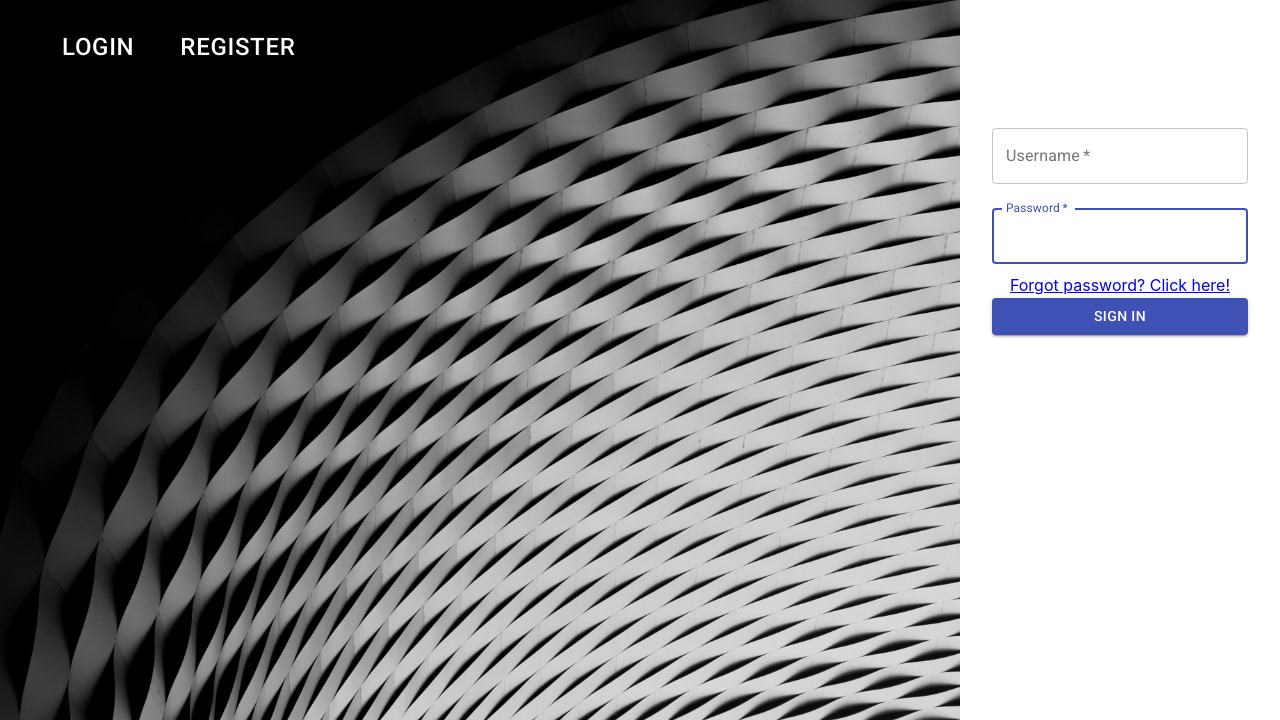
Repository: claudiuotea/FrontendAugmentator
Page: /
An editor plug-in stored every save of this project. The page is shown before and after the next save, followed by the edit.
The browser window is 1280 px wide. The pictures show the whole page.
The project was rebuilt for these pictures with package versions that can differ from the ones it lists, and the page was loaded fresh each time. Also part of the build but not shown: src/Components/ForgotPassword.tsx, src/Components/Register.tsx, src/Components/ResetPassword.tsx, src/Components/VerifyAccount.tsx, src/Components/EnhancedTableToolbar.tsx, src/Services/AdminService.tsx, src/Components/UsersTable.tsx, src/Components/Admin.tsx and 1 more.

Above is the page before, as saved 2021-05-14 01:12:27.

After the next save:
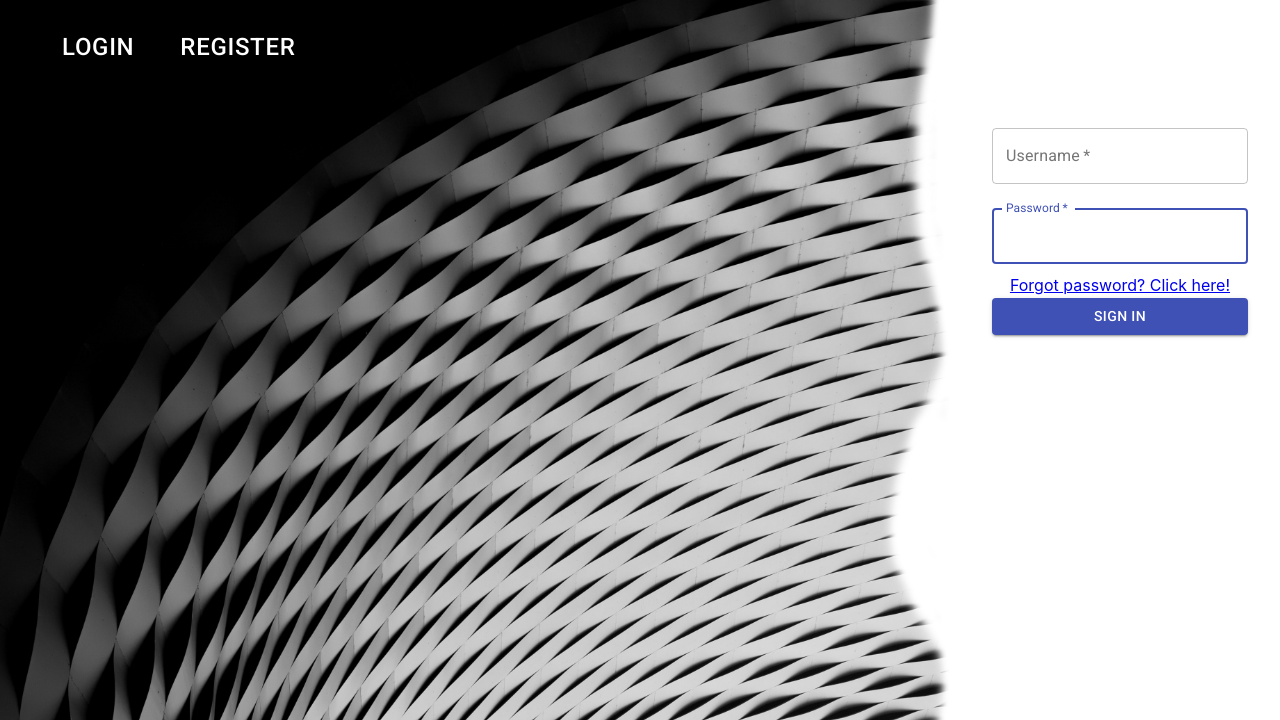
Saved 15 h 57 min later.
--- a/src/Components/Accounts.tsx
+++ b/src/Components/Accounts.tsx
@@ -1,6 +1,6 @@
 import { Button, Grid, makeStyles, TextField } from "@material-ui/core";
 import React, { Suspense } from "react";
-import Image from "../Images/bg.jpg";
+import Image from "../Images/bgtrans.png";
 import { ForgotPassword } from "./ForgotPassword";
 import { Login } from "./Login";
 import { Register } from "./Register";

After the save that followed:
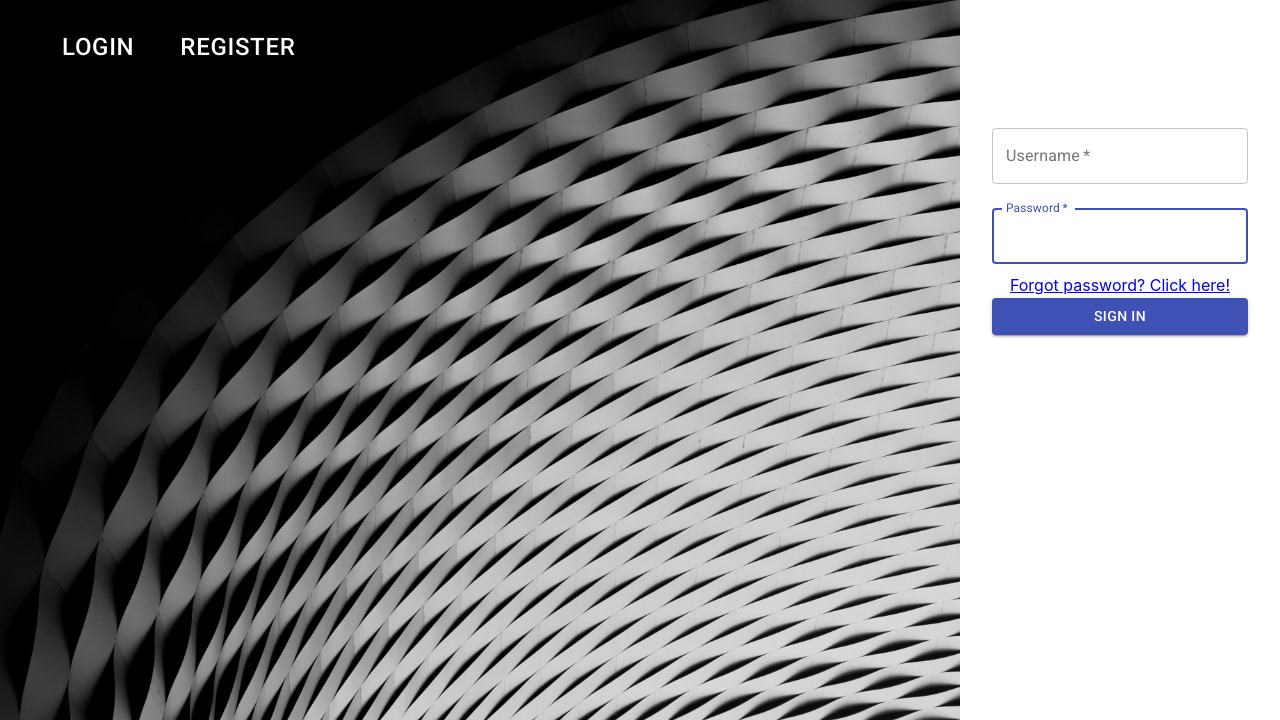
Saved 62 s later.
--- a/src/Components/Accounts.tsx
+++ b/src/Components/Accounts.tsx
@@ -1,6 +1,6 @@
 import { Button, Grid, makeStyles, TextField } from "@material-ui/core";
 import React, { Suspense } from "react";
-import Image from "../Images/bgtrans.png";
+import Image from "../Images/bg.jpg";
 import { ForgotPassword } from "./ForgotPassword";
 import { Login } from "./Login";
 import { Register } from "./Register";
